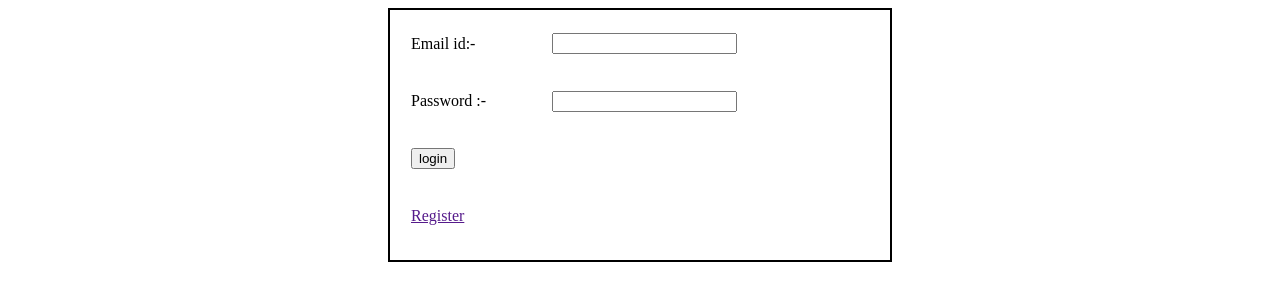
Repository: ShivrajMPujari/ServletApplication
Page: http://localhost/LoginReg/
An editor plug-in stored every save of this project. The page is shown before and after the next save, followed by the edit.
The browser window is 1280 px wide. The pictures show the whole page.
The page is served by Tomcat 9. Other server files are loaded and not shown.

Above is the page before, as saved 2018-07-09 05:58:44.

### LoginReg/WebContent/index.html
<!DOCTYPE html>
<html>
<head>
<meta charset="UTF-8">
<title>Insert title here</title>
<link rel="stylesheet" href="index.css"/>
</head>
<body>

<div class="tableDiv">
<form action="">
<table class="loginTabel" cellspacing="10">
<tr>
	<td> Email id:- </td> <td> <input type="email" /></td>
</tr>

<tr>
	<td>Password :- </td> <td> <input type="password" /> </td>
</tr>

<tr class="submitButton">
<td colspan="2"  > <input type="submit" value="login" /></td>
</tr>

<tr>
<td colspan="2"> <a href="">Register</a></td>
</tr>
</table>
</form>
</div>
</body>
</html>

### LoginReg/WebContent/index.css
@CHARSET "UTF-8";

.tableDiv{
	height:250px;
	width:500px;
	margin:auto;
	border:2px solid black;
}
.loginTabel{

	height:240px;
	width:480px;
	margin:auto;

}
tr{
	height: 30px;
}
.submitButton{
	padding-left:200px;
}

After the next save:
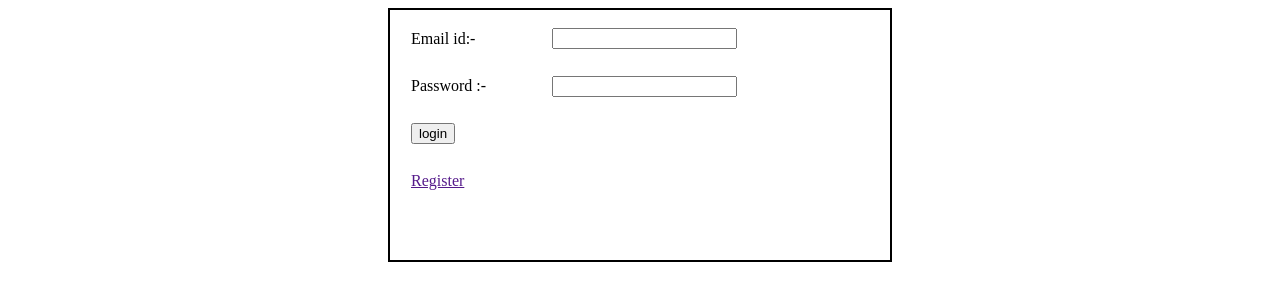
Saved 56 s later.
--- a/LoginReg/WebContent/index.css
+++ b/LoginReg/WebContent/index.css
@@ -8,7 +8,7 @@
 }
 .loginTabel{
 
-	height:240px;
+	height:200px;
 	width:480px;
 	margin:auto;
 

After the save that followed:
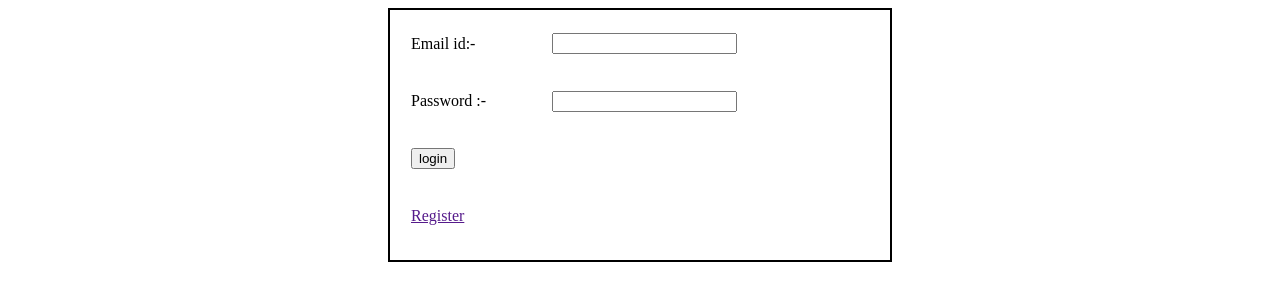
Saved 19 s later.
--- a/LoginReg/WebContent/index.css
+++ b/LoginReg/WebContent/index.css
@@ -8,7 +8,7 @@
 }
 .loginTabel{
 
-	height:200px;
+	height:240px;
 	width:480px;
 	margin:auto;
 
